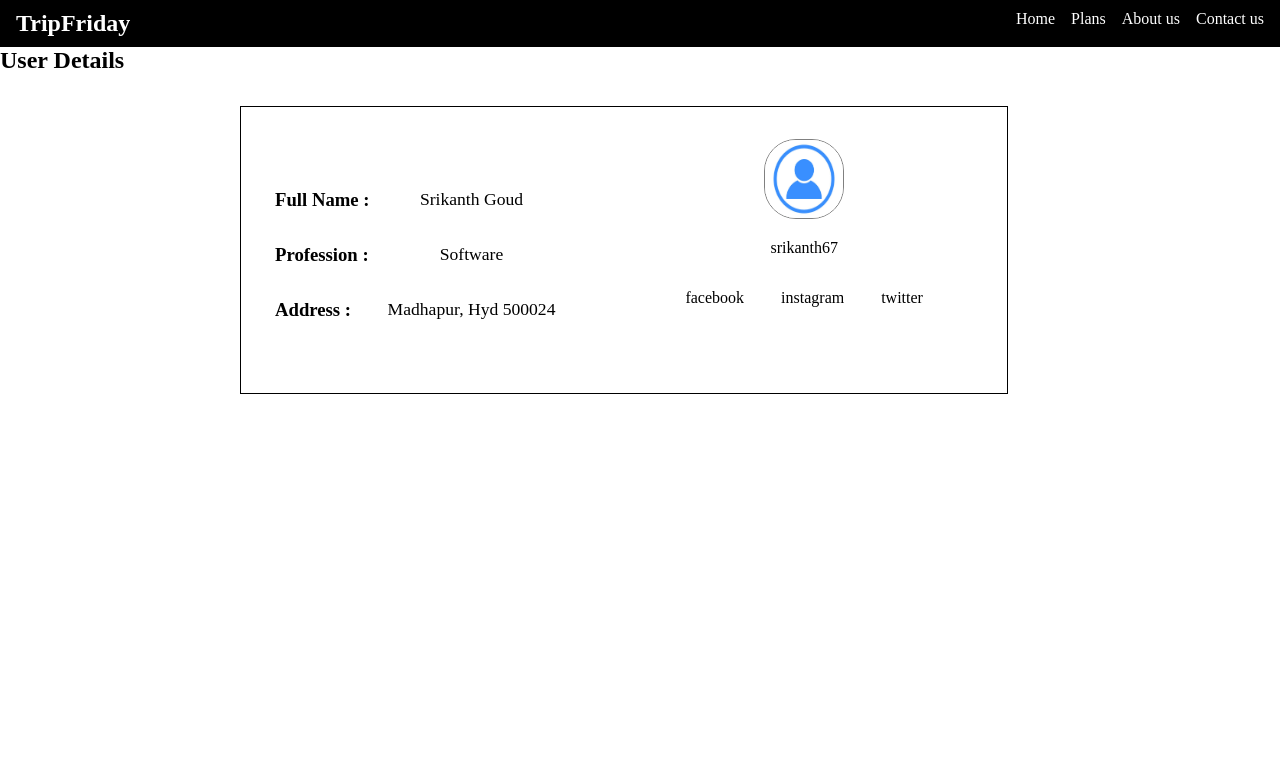
Repository: suraj-yadav7/userprofile
Page: /
An editor plug-in stored every save of this project. The page is shown before and after the next save, followed by the edit.
The browser window is 1280 px wide. The pictures show the whole page.
The page's requests for data from a server got no answer. The project was rebuilt for these pictures with package versions that can differ from the ones it lists, and the page was loaded fresh each time. No one was signed in, and anything a server would have sent is missing. Also part of the build but not shown: src/components/UserDetails.jsx.

Above is the page before, as saved 2023-05-04 14:42:00.

After the next save:
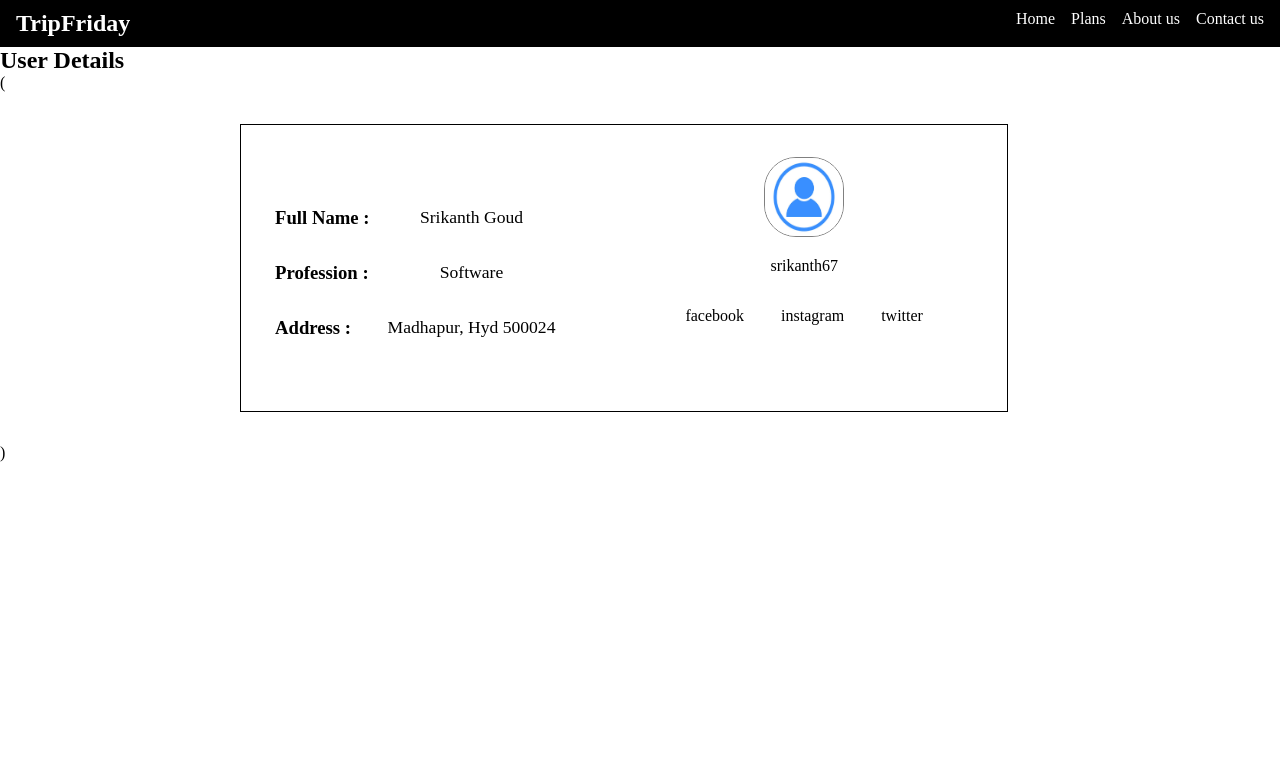
Saved 13 s later.
--- a/src/components/UserProfile.jsx
+++ b/src/components/UserProfile.jsx
@@ -40,7 +40,7 @@ const UserProfile = () => {
 
               return (
                 <div key={userIndex.id} className='fetchList'>
-                  <p onMouseOver={()=>setShow(true)} onMouseOut={()=>setShow(false)} value={userIndex.id} >{userIndex.username} </p> <button onClick={()=>handleNavigate(userIndex.id)} >Show Details</button>
+                  <p onMouseOver={()=>setShow(true)} onMouseOut={()=>setShow(false)} >{userIndex.username} </p> <button onClick={()=>handleNavigate(userIndex.id)} >Show Details</button>
                 </div>
               )
             })}
@@ -50,7 +50,10 @@ const UserProfile = () => {
           (<div className='hoverItem'>
             <p>Username: username435</p>
             <p>Email: username435@gmail.com</p>
-          </div>) : (
+          </div>) : null
+        }
+
+(
             <div className='details'>
   <div className='sub1'>
 <table>
@@ -82,8 +85,6 @@ const UserProfile = () => {
 
 
           )
-        }
-
         </div>
     </>
   )
